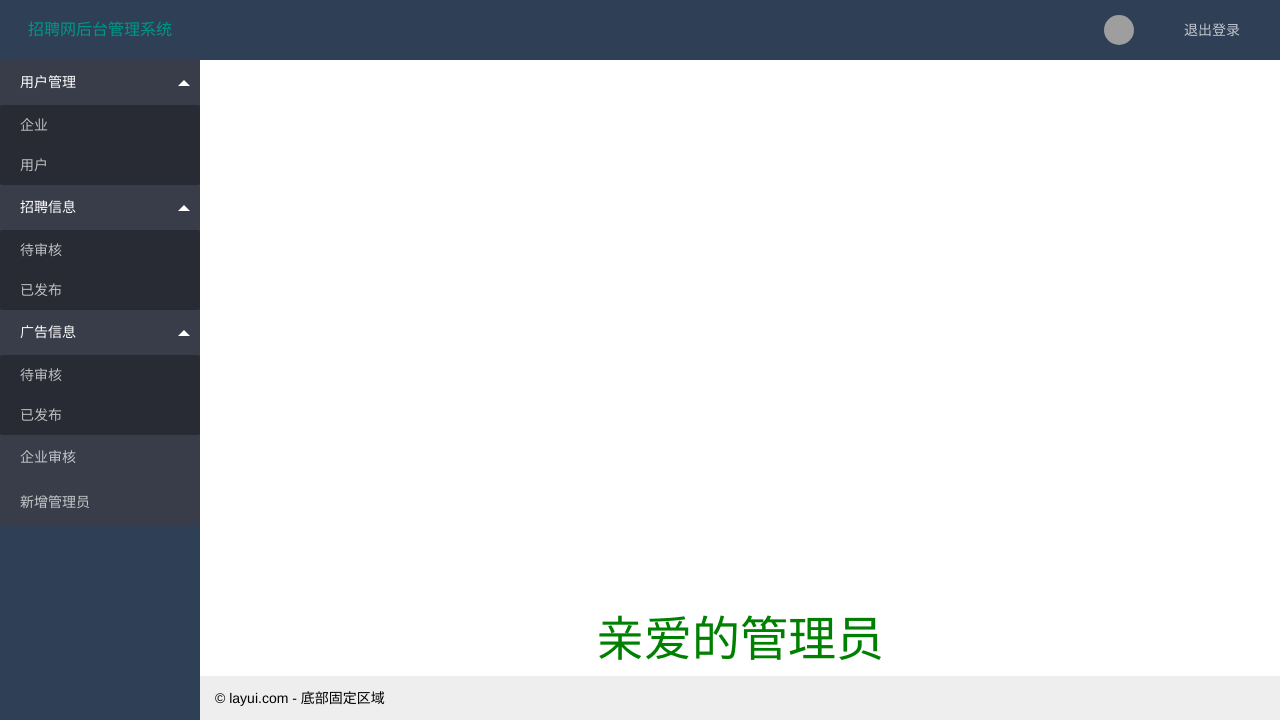
Repository: LongJinhe-coder/java-web-
Page: http://localhost/projectDemo7.30/adminhome.jsp
An editor plug-in stored every save of this project. The page is shown before and after the next save, followed by the edit.
The browser window is 1280 px wide. The pictures show the whole page.
Pictures or frames that could not be fetched are drawn as grey boxes. An inner scrolling area shows only its first screen. The page is served by Tomcat 9. Other server files are loaded and not shown.

Above is the page before, as saved 2020-07-30 01:36:50.

### MyEclipse CI/projectDemo7.30/WebRoot/adminhome.jsp
<%@ page language="java" import="java.util.*" pageEncoding="UTF-8"%>
<%@ page import="com.etc.entity.*" %>
<%
String path = request.getContextPath();
String basePath = request.getScheme()+"://"+request.getServerName()+":"+request.getServerPort()+path+"/";
%>

<!DOCTYPE html HTML PUBLIC "-//W3C//DTD HTML 4.01 Transitional//EN">
<html>
<head>
  <meta charset="utf-8">
  <meta name="viewport" content="width=device-width, initial-scale=1, maximum-scale=1">
  <title>招聘网后台管理</title>
  <link rel="stylesheet" href="layui/css/layui.css">
</head>


<body class="layui-layout-body">
<%
	String loadPageUrl = "index.jsp";
	String adminName = (String)request.getAttribute("adminname");
  if(session.getAttribute("url")!=null){
  loadPageUrl = (String)session.getAttribute("url");
  }
  //if(loadPageUrl.equals("jobSeekers.jsp")){//根据loadPageUrl不同给不同界面传递不同的list
  // List<User> list = (List<User>)request.getAttribute("userlist");
  //}
	PageData pagedata = (PageData)request.getAttribute("pagedata");
  	System.out.println("adminhome-pagedata="+pagedata);
  	String adminname = (String)session.getAttribute("adminname");
 %>
<div class="layui-layout layui-layout-admin">
  <div class="layui-header layui-bg-cyan">
    <div class="layui-logo">招聘网后台管理系统</div>
    <!-- 头部区域（可配合layui已有的水平导航） -->

    <ul class="layui-nav layui-layout-right ">
      <li class="layui-nav-item layui-bg-cyan">
        <a href="javascript:;">
          <img src="http://t.cn/RCzsdCq" class="layui-nav-img">
           ${adminname}
        </a>
      </li>
      <li class="layui-nav-item"><a href="login.jsp">退出登录</a></li>
    </ul>
  </div>

  <div class="layui-side  layui-bg-cyan">
    <div class="layui-side-scroll">
      <!-- 左侧导航区域（可配合layui已有的垂直导航） -->
      <ul class="layui-nav layui-nav-tree"  lay-filter="test">
        <li class="layui-nav-item layui-nav-itemed">
          <a class="" href="javascript:">用户管理</a>
          <dl class="layui-nav-child">
            <dd><a href="javascript:getFirm('firmAccount.jsp');">企业</a></dd>
            <dd><a href="javascript:getUser('userAccount.jsp');">用户</a></dd>
          </dl>
        </li>
        <li class="layui-nav-item layui-nav-itemed">
          <a href="javascript:">招聘信息</a>
          <dl class="layui-nav-child">
            <dd><a href="javascript:checkRecruitment('checkRecruitment.jsp','未审核');">待审核</a></dd>
            <dd><a href="javascript:checkRecruitment('publishedRecruitment.jsp','已发布');">已发布</a></dd>
          </dl>
        </li>
        <li class="layui-nav-item layui-nav-itemed">
          <a href="javascript:;">广告信息</a>
          <dl class="layui-nav-child">
            <dd><a href="javascript:changeUrl('displayFirmResume.jsp');">待审核</a></dd>
            <dd><a href="javascript:;">已发布</a></dd>
          </dl>
        </li>
        <li class="layui-nav-item"><a href="javascript:getFirm('checkFirmRegister.jsp');">企业审核</a></li>
        <li class="layui-nav-item"><a href="javascript:changeUrl('addAdmin.jsp')">新增管理员</a></li>
      </ul>

    </div>
  </div>

  <div class="layui-body">
    <!-- 内容主体区域 -->
 <div style="margin-top: 20px">
 <jsp:include page="<%=loadPageUrl %>" flush="true">
 <jsp:param value="${pagedata}" name="pagedata"/>
 <jsp:param value="${adminname}" name="adminname"/>
 </jsp:include>
 </div>

  </div>

  <div class="layui-footer">
    <!-- 底部固定区域 -->
    © layui.com - 底部固定区域
  </div>
</div>
<script src="layui/layui.js"></script>
<script type="text/javascript">
//JavaScript代码区域
layui.use('element', function(){
  var element = layui.element;

});

function changeUrl(name){

console.log("name=",name);
	location.href="ChangeUrlServlet?url="+name+"";

}
function getUser(url){
	location.href="UserServlet?option=queryByPage&url="+url+"";
}

function getFirm(url){
	location.href="FirmServlet?option=queryByPage&url="+url+"";
}

function checkRecruitment(url,checkStatus){
	location.href="RecruitmentInfo?option=queryByPageAdmin&url="+url+"&checkStatus="+checkStatus+"";
}

</script>
</body>
</html>

### MyEclipse CI/projectDemo7.30/WebRoot/index.jsp
<%@ page language="java" import="java.util.*" pageEncoding="UTF-8"%>
<%
String path = request.getContextPath();
String basePath = request.getScheme()+"://"+request.getServerName()+":"+request.getServerPort()+path+"/";
%>

<!DOCTYPE HTML PUBLIC "-//W3C//DTD HTML 4.01 Transitional//EN">
<html>
  <head>
  <meta charset="utf-8">
  <title>Layui</title>
  <meta name="renderer" content="webkit">
  <meta http-equiv="X-UA-Compatible" content="IE=edge,chrome=1">
  <meta name="viewport" content="width=device-width, initial-scale=1, maximum-scale=1">
  <link rel="stylesheet" href="layui/css/layui.css"  media="all">
  <!-- 注意：如果你直接复制所有代码到本地，上述css路径需要改成你本地的 -->
</head>

  <body>

  <center><div style="margin-top: 50%"><font size="30px" color="green">亲爱的管理员${adminname}</br>欢迎您登录Higher Brothers招聘网站后台管理系统！</font></div></center>
  </body>

</html>

Loaded but not shown: MyEclipse CI/projectDemo7.30/WebRoot/layui/css/layui.css (library); MyEclipse CI/projectDemo7.30/WebRoot/layui/layui.js (library); MyEclipse CI/projectDemo7.30/WebRoot/layui/lay/modules/element.js (library); MyEclipse CI/projectDemo7.30/WebRoot/layui/lay/modules/jquery.js (library)

After the next save:
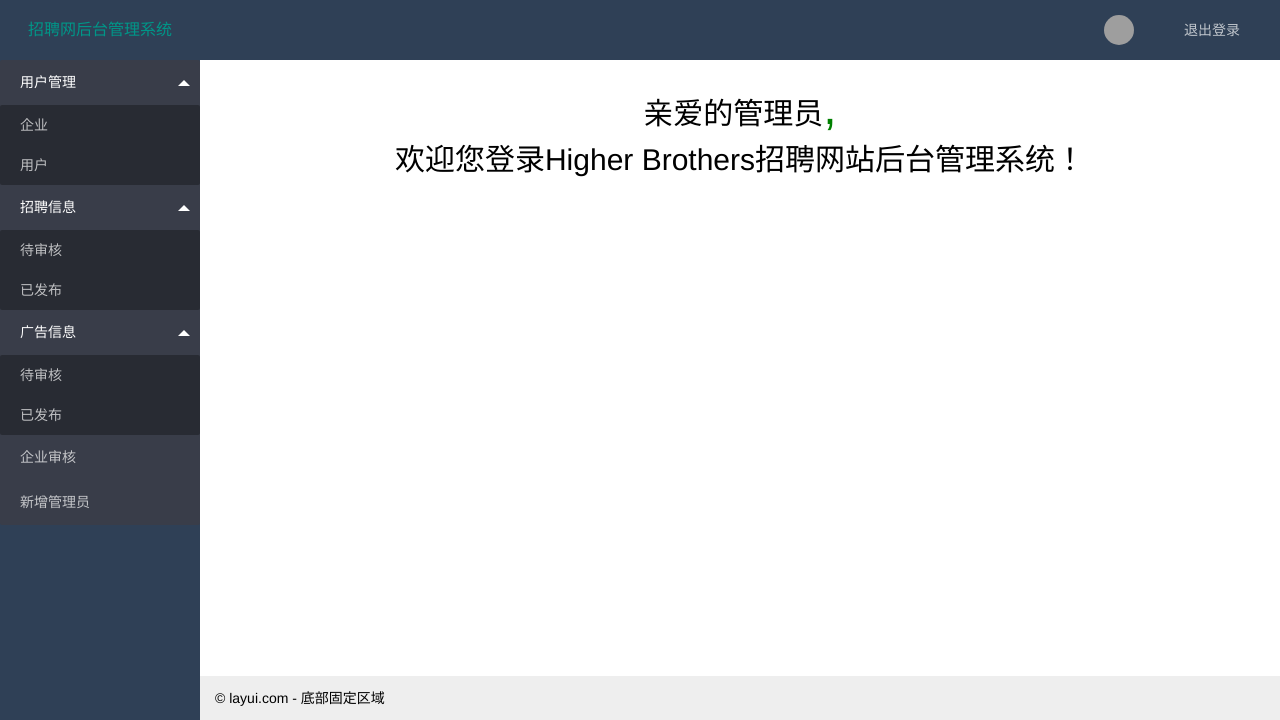
Saved 2 min 1 s later.
--- a/MyEclipse CI/projectDemo7.30/WebRoot/index.jsp
+++ b/MyEclipse CI/projectDemo7.30/WebRoot/index.jsp
@@ -18,7 +18,7 @@ String basePath = request.getScheme()+"://"+request.getServerName()+":"+request.
 
   <body>
 
-  <center><div style="margin-top: 50%"><font size="30px" color="green">亲爱的管理员${adminname}</br>欢迎您登录Higher Brothers招聘网站后台管理系统！</font></div></center>
+  <center><div style="font-size: 30px;">亲爱的管理员<font size="30px" color="green">${adminname},</font></br>欢迎您登录Higher Brothers招聘网站后台管理系统！</div></center>
   </body>
 
 </html>
